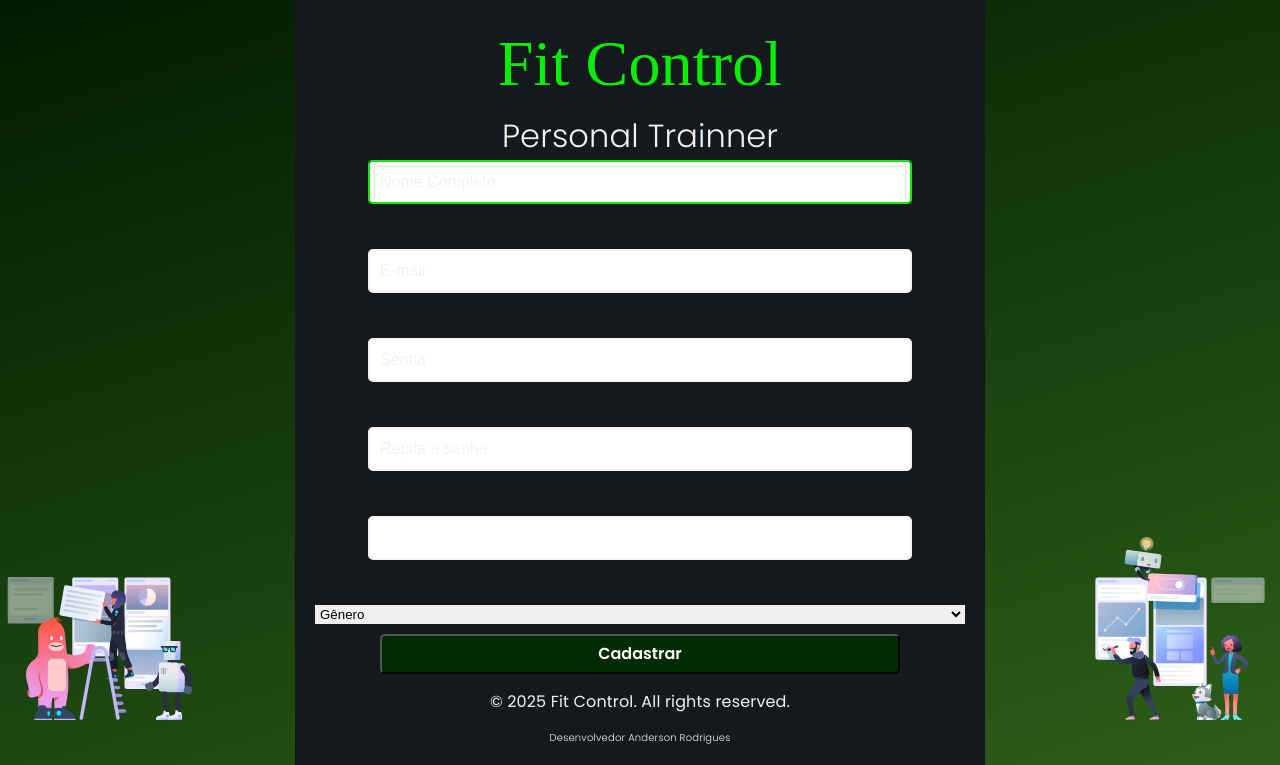
Repository: fit-control/frontend-fit-control
Page: /cadastro
The author's editor kept a copy of each file at every save. The page is drawn from the files as they stood at one save, then again after the next save.
The browser window is 1280 px wide. The pictures show the whole page.
The page's requests for data from a server got no answer. Some web fonts or font styles are not loaded; a fallback is used. The project was rebuilt for these pictures with package versions that can differ from the ones it lists, and the page was loaded fresh each time. No one was signed in, and anything a server would have sent is missing. Also part of the build but not shown: next.config.js, vite.config.ts, src/components/containerCenterLogin.tsx, src/pages/About.tsx, src/pages/NotFound.tsx, src/components/AuthRoutes.tsx, src/pages/PaginaTeste.tsx.

Above is the page before, as saved 2025-03-22 15:06:17.

After the next save:
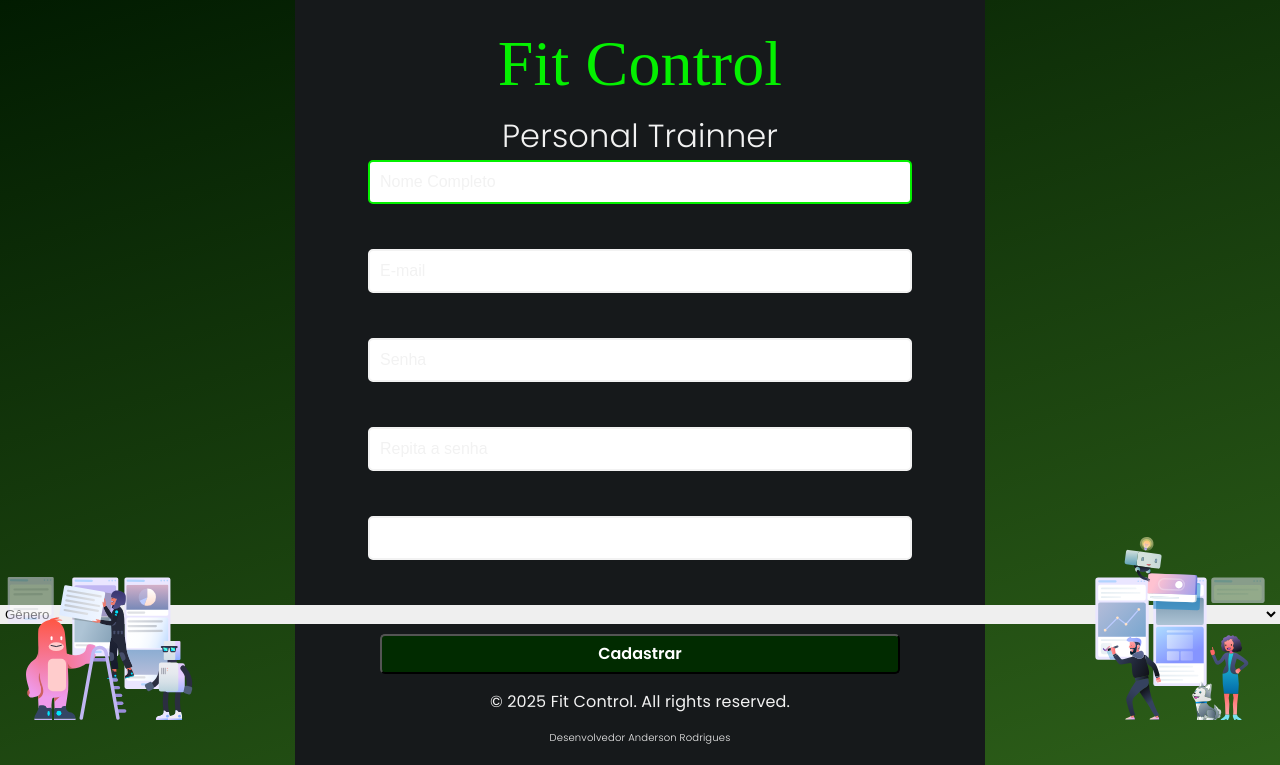
Saved 7 s later.
--- a/src/components/containerCenterCadastro.tsx
+++ b/src/components/containerCenterCadastro.tsx
@@ -117,7 +117,7 @@ const ContainerCenterCadastro = () => {
             {...register('telefone')}
             style={{ borderColor: errorMessage ? "red" : ""}}
           />
-           <select {...register('genero')} style={{ borderColor: errorMessage ? "red" : "transparent", width: '100%' }}>
+           <select {...register('genero')} style={{ borderColor: errorMessage ? "red" : "transparent", width: '100vw' }}>
                 <option value="">Gênero</option>
                 <option value="homem">Homem</option>
                 <option value="mulher">Mulher</option>
